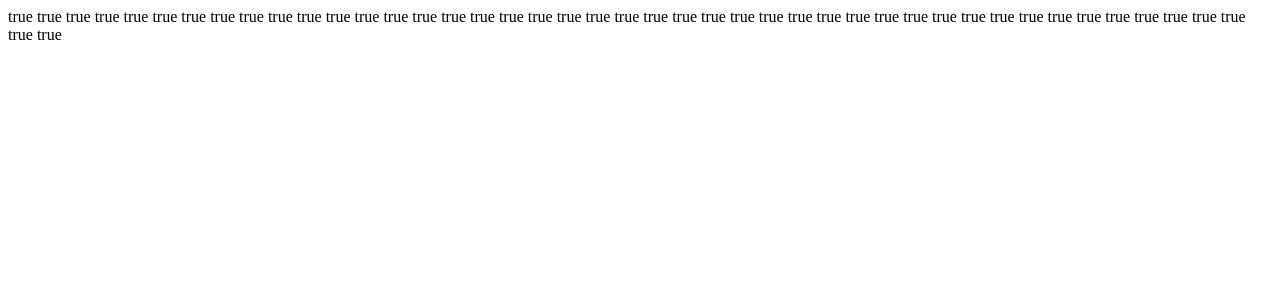
Repository: sheep9590/Test
Page: eclipse-workspace/Prj03/WebRoot/Multiplication.html
These files come from the project's save history. The page is drawn as it stood at one moment and after the next save; the edit follows.
The browser window is 1280 px wide. The pictures show the whole page.

Above is the page before, as saved 2021-09-09 11:57:23.

After the next save:
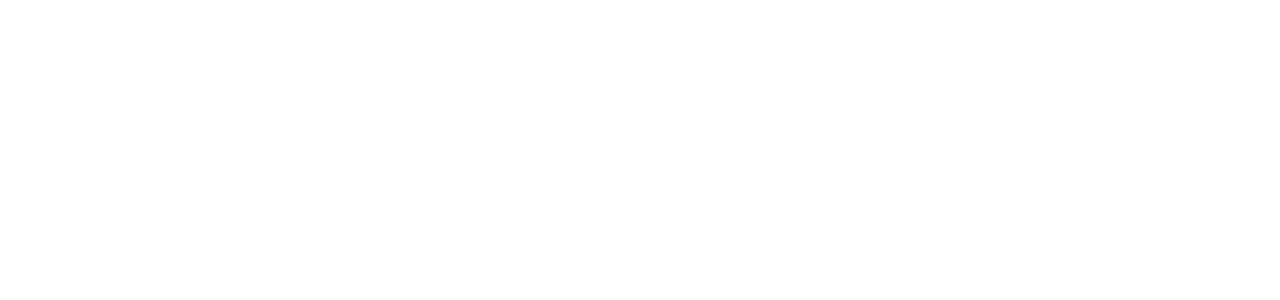
Console error: SyntaxError: Invalid left-hand side in assignment
Saved 11 s later.
--- a/eclipse-workspace/Prj03/WebRoot/Multiplication.html
+++ b/eclipse-workspace/Prj03/WebRoot/Multiplication.html
@@ -4,7 +4,7 @@
       for(i=1;i<=9;i++){
     	  for(j=1;j<=i;j++){
     		  var arg=i*j;
-           document.writeln(i*j==arg);
+           document.writeln(i*j=arg);
     	  }
       }
       </script>

After the 2 saves that followed:
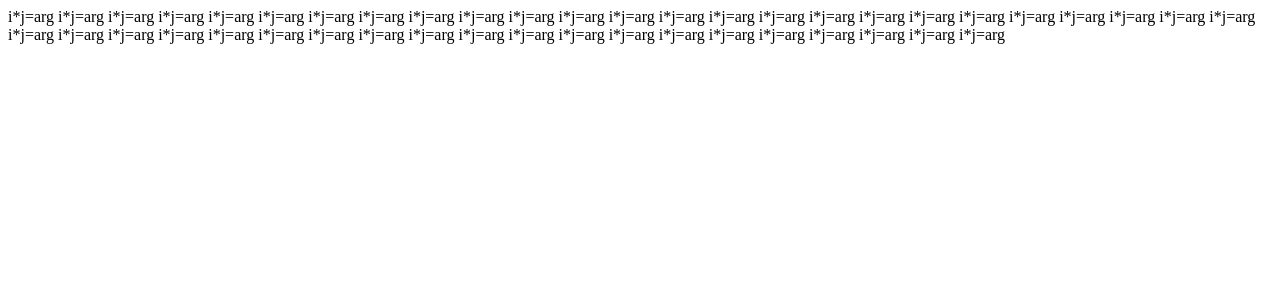
The error is gone.
The 2 saves are shown as one change because 1 left the picture as it was.
The last was saved 72 s later.
--- a/eclipse-workspace/Prj03/WebRoot/Multiplication.html
+++ b/eclipse-workspace/Prj03/WebRoot/Multiplication.html
@@ -4,7 +4,7 @@
       for(i=1;i<=9;i++){
     	  for(j=1;j<=i;j++){
     		  var arg=i*j;
-           document.writeln(i*j=arg);
+           document.writeln("i*j=arg");
     	  }
       }
       </script>
